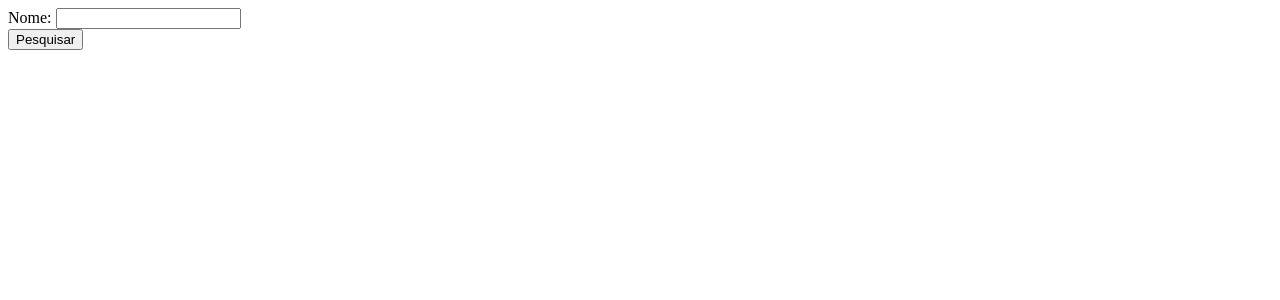
Repository: nandolupe/fiap-pos
Page: http://localhost/exerciciosweb/teste.jsp
These files come from the project's save history. The page is drawn as it stood at one moment and after the next save; the edit follows.
The browser window is 1280 px wide. The pictures show the whole page.
The page is served by Tomcat 9. Other server files are loaded and not shown.

Above is the page before, as saved 2014-04-09 16:51:14.

### workspace_exercicios/exerciciosweb/WebContent/teste.jsp
<%@ page language="java" contentType="text/html; charset=ISO-8859-1"
    pageEncoding="ISO-8859-1"%>
<!DOCTYPE html PUBLIC "-//W3C//DTD HTML 4.01 Transitional//EN" "http://www.w3.org/TR/html4/loose.dtd">
<html>
<head>
<meta http-equiv="Content-Type" content="text/html; charset=ISO-8859-1">
<title>Insert title here</title>
</head>
<body>
Nome: <input type="text" name="nome" id="nome" /><br />
<input type="button" value="Pesquisar" />
</body>
</html>

After the next save:
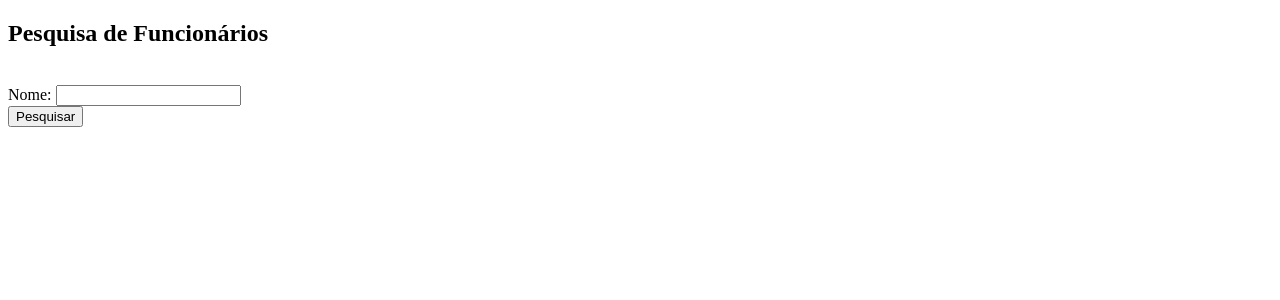
Saved 27 s later.
--- a/workspace_exercicios/exerciciosweb/WebContent/teste.jsp
+++ b/workspace_exercicios/exerciciosweb/WebContent/teste.jsp
@@ -7,6 +7,7 @@
 <title>Insert title here</title>
 </head>
 <body>
+<h2>Pesquisa de Funcionários</h2><br />
 Nome: <input type="text" name="nome" id="nome" /><br />
 <input type="button" value="Pesquisar" />
 </body>
